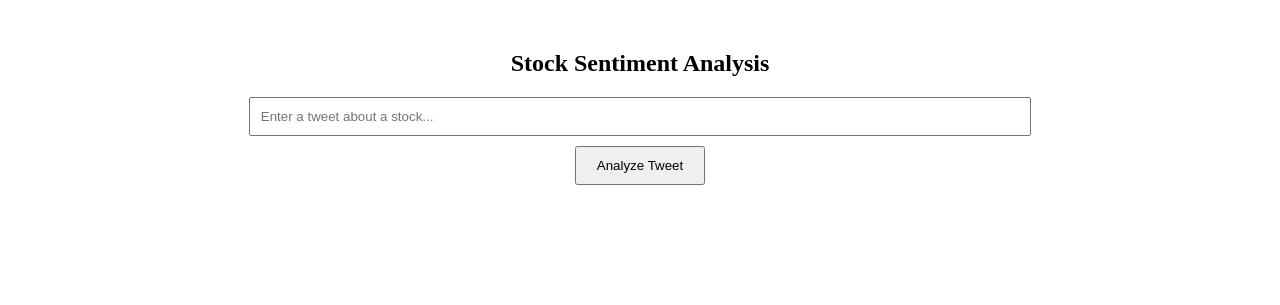
Repository: ayushlenka/ecs171
Page: / (app in frontend/)
An editor plug-in stored every save of this project. The page is shown before and after the next save, followed by the edit.
The browser window is 1280 px wide. The pictures show the whole page.
The project was rebuilt for these pictures with package versions that can differ from the ones it lists, and the page was loaded fresh each time.

Above is the page before, as saved 2025-03-09 23:34:12.

### frontend/src/App.js
import React, { useState } from "react";

function App() {
    const [tweet, setTweet] = useState("");
    const [result, setResult] = useState(null);
    const [loading, setLoading] = useState(false);
    const [error, setError] = useState("");

    const analyzeTweet = async () => {
        if (!tweet.trim()) {
            setError("Please enter a tweet.");
            return;
        }
        setError("");
        setLoading(true);

        try {
            const response = await fetch("http://127.0.0.1:8000/analyze_tweet", {
                method: "POST",
                headers: { "Content-Type": "application/json" },
                body: JSON.stringify({ tweet })
            });

            if (!response.ok) {
                throw new Error("Failed to fetch response");
            }

            const data = await response.json();
            setResult(data);
        } catch (error) {
            setError("Error analyzing tweet. Try again.");
        } finally {
            setLoading(false);
        }
    };

    return (
        <div style={{ textAlign: "center", marginTop: "50px" }}>
            <h2>Stock Sentiment Analysis</h2>
            <input
                type="text"
                placeholder="Enter a tweet about a stock..."
                value={tweet}
                onChange={(e) => setTweet(e.target.value)}
                style={{ width: "60%", padding: "10px", marginBottom: "10px" }}
            />
            <br />
            <button onClick={analyzeTweet} disabled={loading} style={{ padding: "10px 20px", cursor: "pointer" }}>
                {loading ? "Analyzing..." : "Analyze Tweet"}
            </button>

            {error && <p style={{ color: "red" }}>{error}</p>}

            {result && (
                <div style={{ marginTop: "20px" }}>
                    <h3>Results:</h3>
                    <p><strong>Emotion:</strong> {result.emotion}</p>
                    <p><strong>Market Sentiment:</strong> {result.sentiment}</p>
                </div>
            )}
        </div>
    );
}

export default App;

Loaded but not shown: frontend/public/index.html (common file); frontend/src/index.js (common file)

After the next save:
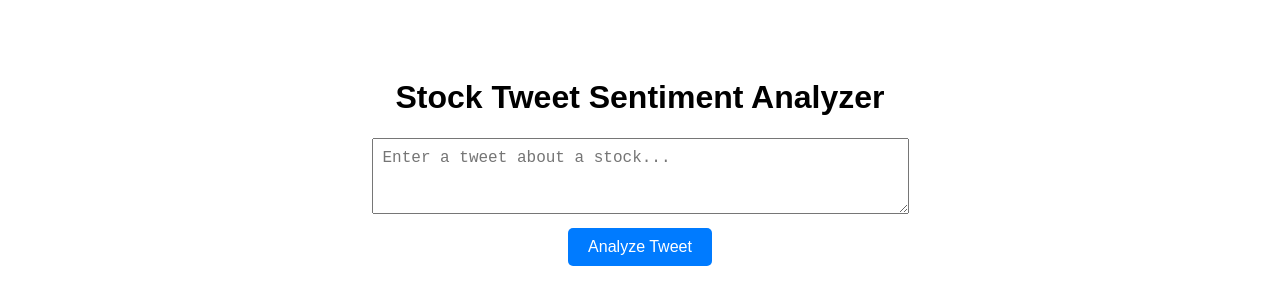
Saved 10 min 9 s later.
--- a/frontend/src/App.js
+++ b/frontend/src/App.js
@@ -1,61 +1,73 @@
 import React, { useState } from "react";
 
 function App() {
-    const [tweet, setTweet] = useState("");
+    const [tweetInput, setTweetInput] = useState("");
     const [result, setResult] = useState(null);
     const [loading, setLoading] = useState(false);
-    const [error, setError] = useState("");
+    const [error, setError] = useState(null);
 
-    const analyzeTweet = async () => {
-        if (!tweet.trim()) {
-            setError("Please enter a tweet.");
-            return;
-        }
-        setError("");
+    const handleAnalyze = async () => {
+        setError(null); // Clear previous errors
         setLoading(true);
 
         try {
             const response = await fetch("http://127.0.0.1:8000/analyze_tweet", {
                 method: "POST",
-                headers: { "Content-Type": "application/json" },
-                body: JSON.stringify({ tweet })
+                headers: {
+                    "Content-Type": "application/json",
+                },
+                body: JSON.stringify({ tweet: tweetInput }),
             });
 
+            const data = await response.json();
+
             if (!response.ok) {
-                throw new Error("Failed to fetch response");
+                throw new Error(data.detail || "Unknown error occurred");
             }
 
-            const data = await response.json();
-            setResult(data);
+            setResult(data); // Set the result to display
         } catch (error) {
-            setError("Error analyzing tweet. Try again.");
+            console.error("Error analyzing tweet:", error);
+            setError(error.message); // Show error message
         } finally {
             setLoading(false);
         }
     };
 
     return (
-        <div style={{ textAlign: "center", marginTop: "50px" }}>
-            <h2>Stock Sentiment Analysis</h2>
-            <input
-                type="text"
+        <div style={{ textAlign: "center", padding: "50px", fontFamily: "Arial, sans-serif" }}>
+            <h1>Stock Tweet Sentiment Analyzer</h1>
+            <textarea
                 placeholder="Enter a tweet about a stock..."
-                value={tweet}
-                onChange={(e) => setTweet(e.target.value)}
-                style={{ width: "60%", padding: "10px", marginBottom: "10px" }}
+                value={tweetInput}
+                onChange={(e) => setTweetInput(e.target.value)}
+                rows="3"
+                cols="50"
+                style={{ padding: "10px", fontSize: "16px", marginBottom: "10px" }}
             />
             <br />
-            <button onClick={analyzeTweet} disabled={loading} style={{ padding: "10px 20px", cursor: "pointer" }}>
+            <button
+                onClick={handleAnalyze}
+                disabled={loading}
+                style={{
+                    padding: "10px 20px",
+                    fontSize: "16px",
+                    cursor: "pointer",
+                    backgroundColor: "#007BFF",
+                    color: "#fff",
+                    border: "none",
+                    borderRadius: "5px",
+                }}
+            >
                 {loading ? "Analyzing..." : "Analyze Tweet"}
             </button>
-
-            {error && <p style={{ color: "red" }}>{error}</p>}
-
+            <br /><br />
+            {error && <p style={{ color: "red" }}>Error: {error}</p>}
             {result && (
                 <div style={{ marginTop: "20px" }}>
-                    <h3>Results:</h3>
+                    <h2>Analysis Result:</h2>
                     <p><strong>Emotion:</strong> {result.emotion}</p>
-                    <p><strong>Market Sentiment:</strong> {result.sentiment}</p>
+                    <p><strong>Sentiment:</strong> {result.sentiment}</p>
                 </div>
             )}
         </div>
